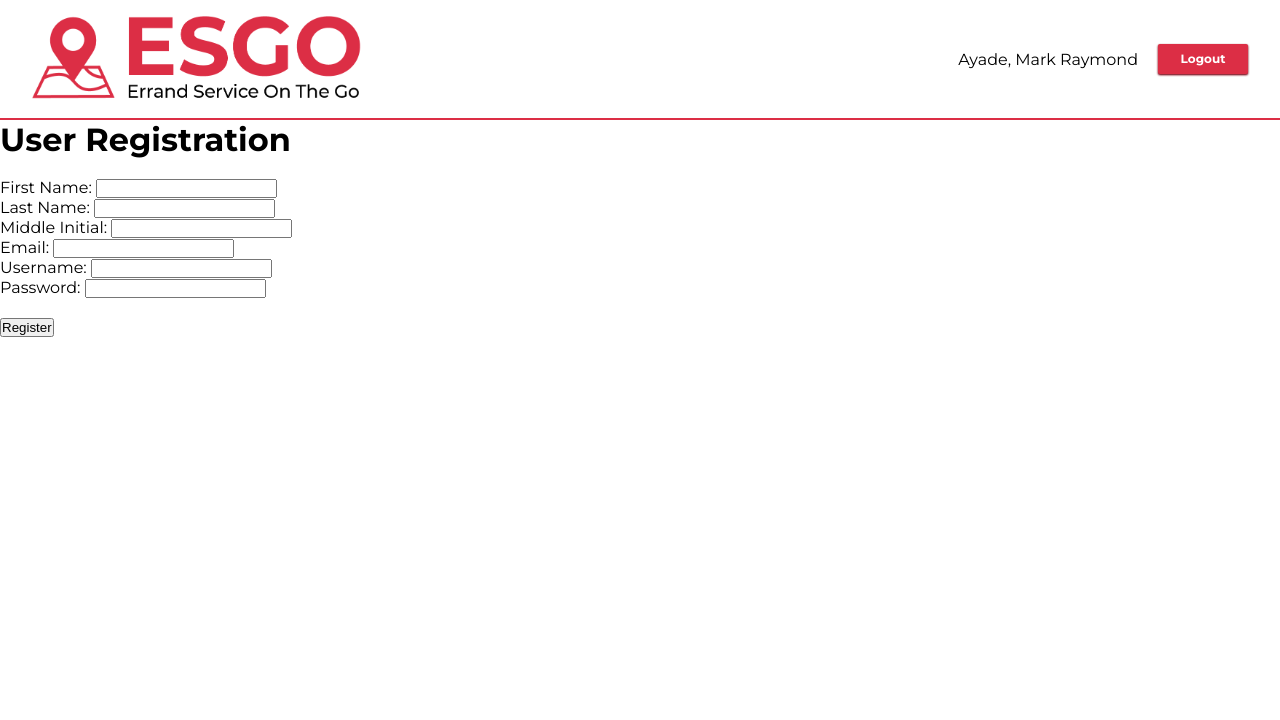
Repository: azkalonz/Int-Prog-2
Page: http://localhost/Int_Prog_2/register?page=register
The author's editor kept a copy of each file at every save. The page is drawn from the files as they stood at one save, then again after the next save.
The browser window is 1280 px wide. The pictures show the whole page.
The page is served by Tomcat 9. Other server files are loaded and not shown.

Above is the page before, as saved 2021-03-30 05:41:15.

### Int Prog 2/WebContent/WEB-INF/views/register.jsp
<jsp:include page="/WEB-INF/layout/header.jsp" />
  <div class="formCon">
     <form action="<%= request.getContextPath() %>/register" method="post">
         <h1>User Registration</h1>
         <br>
         <div class="inputCon">
             <span>First Name: </span>
             <input type="text" name="firstname" required>
         </div>
         <div class="inputCon">
             <span>Last Name:</span>
             <input type="text" name="lastname" required>
         </div>
         <div class="inputCon">
             <span>Middle Initial: </span>
             <input type="text" name="mi" required>
         </div>
         <div class="inputCon">
             <span>Email: </span>
             <input type="email" name="email" required>
         </div>
         <div class="inputCon">
             <span>Username: </span>
             <input type="text" name="username" required>
         </div>
         <div class="inputCon">
             <span>Password: </span>
             <input type="password" name="password" required>
         </div>
         <br>
         <button>Register</button>
     </form>
 </div>
<jsp:include page="/WEB-INF/layout/footer.jsp" />

### Int Prog 2/WebContent/WEB-INF/layout/header.jsp
<%@ page language="java" contentType="text/html; charset=ISO-8859-1"
	pageEncoding="ISO-8859-1"%>
<!DOCTYPE html>
<html>
<head>
<meta charset="ISO-8859-1">
<title>Employee</title>
<link rel="stylesheet" href="<%=request.getContextPath()%>/css/style.css"/>
</head>
<body>
	<header>
	        <div class="container">
	            <div class="logo-con">
	                <img src="<%=request.getContextPath()%>/assets/logo/horizontal.png">
	            </div>
	            <div class="account-con">
	                <span>Ayade, Mark Raymond</span>
	                <a href="./login.html">
	                    <div class="button">Logout</div>
	                </a>
	            </div>
	        </div>
	    </header>

### Int Prog 2/src/com/intprog/controller/RegisterServlet.java
package com.intprog.controller;

import java.io.IOException;
import javax.servlet.ServletException;
import javax.servlet.annotation.WebServlet;
import javax.servlet.http.HttpServlet;
import javax.servlet.http.HttpServletRequest;
import javax.servlet.http.HttpServletResponse;

import com.intprog.dao.EmployeeDAO;
import com.intprog.model.Employee;
import com.sun.corba.se.impl.orbutil.ObjectWriter;


@WebServlet("/register")
public class RegisterServlet extends HttpServlet {
	private static final long serialVersionUID = 1L;
    private EmployeeDAO employeeDao = new EmployeeDAO();
    /**
     * @see HttpServlet#HttpServlet()
     */
    public RegisterServlet() {
        super();
        // TODO Auto-generated constructor stub
    }

	/**
	 * @see HttpServlet#doGet(HttpServletRequest request, HttpServletResponse response)
	 */
	protected void doGet(HttpServletRequest request, HttpServletResponse response) throws ServletException, IOException {
		// TODO Auto-generated method stub
		getServletContext().getRequestDispatcher("/WEB-INF/views/register.jsp").forward(request, response);
	}

	/**
	 * @see HttpServlet#doPost(HttpServletRequest request, HttpServletResponse response)
	 */
	protected void doPost(HttpServletRequest request, HttpServletResponse response) throws ServletException, IOException {
		String firstName = request.getParameter("firstname");
        String lastName = request.getParameter("lastname");
        String username = request.getParameter("username");
        String password = request.getParameter("password");
        String email = request.getParameter("email");
        String mi = request.getParameter("mi");

        Employee employee = new Employee();
        employee.setFirstname(firstName);
        employee.setLastname(lastName);
        employee.setUsername(username);
        employee.setPassword(password);
        employee.setEmail(email);
        employee.setMi(mi);

        try {

            Employee theEmployee = employeeDao.registerEmployee(employee);
            response.sendRedirect(request.getContextPath()+"/employee?id="+theEmployee.employeeID);

        } catch (Exception e) {
            // TODO Auto-generated catch block
            e.printStackTrace();
        }
	}

}

### Int Prog 2/WebContent/css/style.css
@import url("https://fonts.googleapis.com/css2?family=Montserrat:ital,wght@0,100;0,200;0,300;0,400;0,500;0,600;0,700;1,100;1,200;1,300;1,400;1,500;1,600&display=swap");

* {
  margin: 0;
  padding: 0;
  box-sizing: border-box;
}

a:link {
	text-decoration: none;
	color: #000;
}

body {
  font-family: "Montserrat";
  font-size: 100%;
}

header {
  display: flex;
  justify-content: center;
  width: 100%;
  height: 120px;
  position: relative;
  border-bottom: 2px solid rgb(220, 46, 69);
}

header .container {
  display: flex;
  justify-content: space-between;
  width: 95%;
  max-width: 1300px;
}

header .container .logo-con {
  padding-top: 5px;
}

header .container .logo-con img {
  height: 100px;
}

header .container .account-con {
  display: flex;
  align-items: center;
}

header .account-con .button {
  width: 90px;
  height: 30px;
  margin-left: 20px;
  border: none;
  background: rgb(220, 46, 69);
  box-shadow: 0 1px 2px 0 rgba(122, 7, 22, 0.783),
    0 1px 2px 0 rgba(122, 7, 22, 0.783);
  cursor: pointer;
  color: white;
  font-family: "Montserrat";
  font-weight: bold;
  font-size: 12px;
  border-radius: 2px;
  line-height: 30px;
  text-align: center;
}

header .account-con .button:hover {
  background: rgb(187, 32, 53);
}

.login-container {
  background: rgb(220, 46, 69);
  display: flex;
  align-items: center;
  justify-content: center;
  height: 100vh;
  font-family: "Montserrat";
  color: rgb(22, 22, 22);
}

.login-container > .container {
  position: relative;
  background: white;
  width: 85%;
  max-width: 1024px;
  border-radius: 10px;
  display: flex;
  box-shadow: 0 2px 4px 0 rgb(80, 12, 21), 0 6px 10px 0 rgb(80, 12, 21);
  padding: 60px 5px;
}

.login-container > .container .logo-container {
  display: flex;
  justify-content: center;
  align-items: center;
  flex-direction: column;
  flex: 3;
}

.logo-container img {
  width: 200px;
  padding-bottom: 35px;
}

.logo-container span {
  color: rgb(220, 46, 69);
  font-weight: bold;
  font-size: 40px;
}

.container .form-container {
  display: flex;
  justify-content: center;
  align-items: center;
  height: 100%;
  flex: 2;
}

.form-container h1 {
  margin-bottom: 20px;
}

.form-container .input-con {
  margin-bottom: 20px;
}

.form-container .input-con input {
  height: 45px;
  width: 300px;
  font-family: "Montserrat";
  padding: 5px 10px;
  border-radius: 5px;
  border: 1px solid rgb(233, 129, 143);
}

.form-container button {
  width: 150px;
  height: 50px;
  background: rgb(220, 46, 69);
  border: none;
  color: white;
  font-size: 16px;
  cursor: pointer;
  border-radius: 4px;
  box-shadow: 0 1px 2px 0 rgba(122, 7, 22, 0.783),
    0 1px 2px 0 rgba(122, 7, 22, 0.783);
  margin-top: 10px;
  font-weight: bold;
  font-family: "Montserrat";
}

.form-container button:hover {
  background: rgb(187, 32, 53);
}

main {
  width: 100%;
  display: flex;
  justify-content: center;
  padding-top: 30px;
}

main .container {
  width: 95%;
  max-width: 1300px;
  display: flex;
  justify-content: center;
}

main .container .nav {
  flex: 2;
  margin-right: 10px;
}

main .container .nav .links {
  padding-left: 40px;
  height: 60px;
  line-height: 60px;
  font-weight: bold;
  border: 1px solid white;
}

.active {
  background: rgb(220, 46, 69);
  color: white;
}

main .container .nav .links:hover {
  background: rgb(220, 46, 69);
  color: white;
  transition: 0.4s;
}

main .container .content {
  flex: 8;
  display: flex;
  justify-content: center;
}

main .container .content .infos {
  display: flex;
  flex-direction: column;
  padding-bottom: 15px;
}

main .container .content .infos span {
  padding-bottom: 5px;
  font-weight: bold;
}

main .container .content .infos input {
  width: 600px;
  height: 40px;
  border-radius: 2px;
  border: 1px solid rgb(233, 129, 143);
  padding: 0 10px;
}

main .container .content .button {
  width: 400px;
  height: 70px;
  background: rgb(220, 46, 69);
  border: none;
  margin-top: 30px;
  color: white;
  font-weight: bold;
  font-size: 15px;
  cursor: pointer;
  border-radius: 3px;
}

main .container .content .button:hover {
  background: rgb(187, 32, 53);
}

main .container .content .infos {
  display: flex;
  flex-direction: column;
  padding-bottom: 15px;
}

main .container .content .infos span {
  padding-bottom: 5px;
  font-weight: bold;
}

main .container .content .infos input {
  width: 600px;
  height: 40px;
  border-radius: 2px;
  border: 1px solid rgb(233, 129, 143);
  padding: 0 10px;
}

main .container .content .button {
  width: 400px;
  height: 70px;
  background: rgb(220, 46, 69);
  border: none;
  margin-top: 30px;
  color: white;
  font-weight: bold;
  font-size: 15px;
  cursor: pointer;
  border-radius: 3px;
}

main .container .content .button:hover {
  background: rgb(187, 32, 53);
}

main .container .content {
  max-height: 800px;
  overflow-y: scroll;
}

main .container .content table {
  width: 100%;
  margin: 0 15px;
  text-align: center;
  border-spacing: 0;
}

main .container .content table thead {
  background: rgb(220, 46, 69);
}

main .container .content table thead th {
  height: 60px;
  column-gap: 0;
  color: white;
}

main .container .content table tbody tr {
  height: 50px;
  background: rgba(247, 244, 244, 0.375);
}

main .container .content table tbody tr td:last-child {
  display: flex;
  justify-content: center;
  padding: 10px 0;
}

main .container .content table tbody .button-action {
  width: 80px;
  height: 30px;
  text-align: center;
  line-height: 30px;
  margin: 0 5px;
  font-size: 12px;
  color: white;
  border-radius: 3px;
  cursor: pointer;
}

.orange {
  background: coral;
  box-shadow: 0px 0px 2px -1px rgba(230, 63, 2, 0.443);
}

.red {
  background: crimson;
  box-shadow: 0px 0px 2px -1px rgba(199, 2, 41, 0.653);
}

.orange:hover {
  background: rgb(248, 95, 39);
}

.red:hover {
  background: rgb(194, 4, 42);
}

Loaded but not shown: Int Prog 2/WebContent/WEB-INF/layout/footer.jsp (common file)

After the next save:
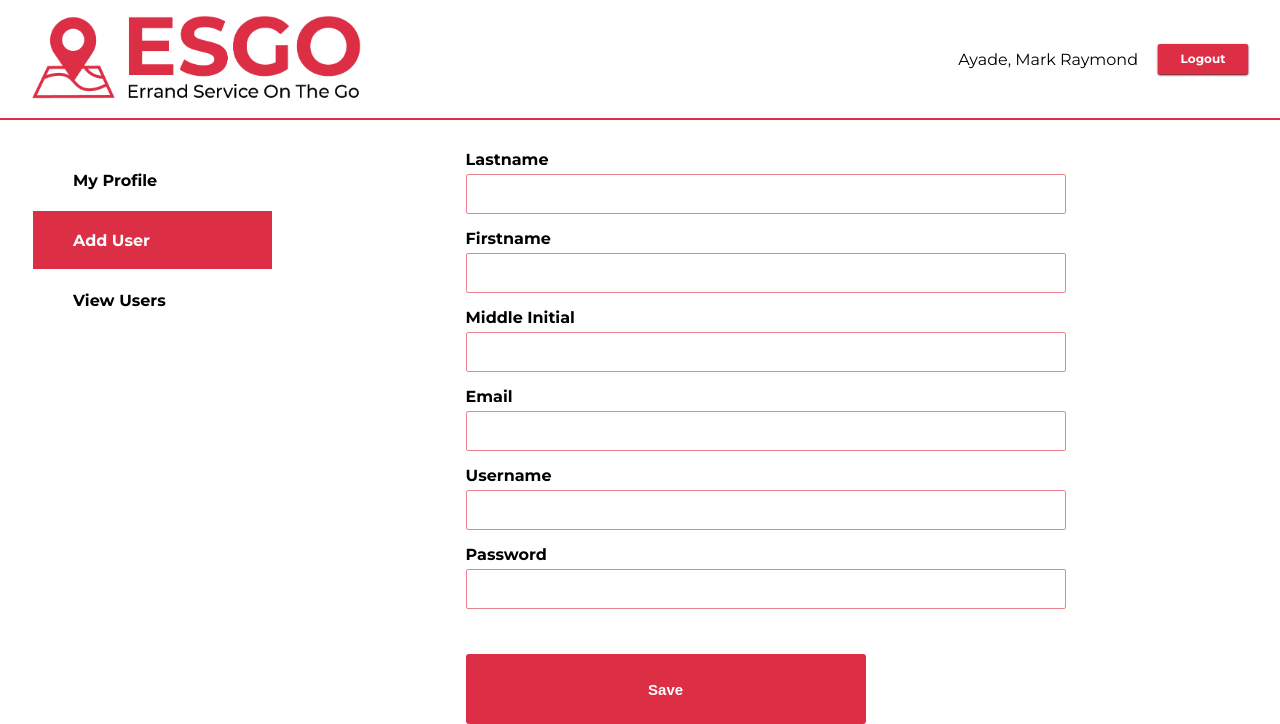
Saved 37 s later.
--- a/Int Prog 2/WebContent/WEB-INF/views/register.jsp
+++ b/Int Prog 2/WebContent/WEB-INF/views/register.jsp
@@ -1,34 +1,47 @@
 <jsp:include page="/WEB-INF/layout/header.jsp" />
-  <div class="formCon">
-     <form action="<%= request.getContextPath() %>/register" method="post">
-         <h1>User Registration</h1>
-         <br>
-         <div class="inputCon">
-             <span>First Name: </span>
-             <input type="text" name="firstname" required>
-         </div>
-         <div class="inputCon">
-             <span>Last Name:</span>
-             <input type="text" name="lastname" required>
-         </div>
-         <div class="inputCon">
-             <span>Middle Initial: </span>
-             <input type="text" name="mi" required>
-         </div>
-         <div class="inputCon">
-             <span>Email: </span>
-             <input type="email" name="email" required>
-         </div>
-         <div class="inputCon">
-             <span>Username: </span>
-             <input type="text" name="username" required>
-         </div>
-         <div class="inputCon">
-             <span>Password: </span>
-             <input type="password" name="password" required>
-         </div>
-         <br>
-         <button>Register</button>
-     </form>
- </div>
+  <main>
+        <div class="container">
+            <div class="nav">
+                <a href="./home.html">
+                    <div class="links">My Profile</div>
+                </a>
+                <a href="./user.html">
+                    <div class="links active">Add User</div>
+                </a>
+                <a href="./users.html">
+                    <div class="links">View Users</div>
+                </a>
+            </div>
+
+            <div class="content">
+                <form>
+                    <div class="infos">
+                        <span>Lastname</span>
+                        <input type="text">
+                    </div>
+                    <div class="infos">
+                        <span>Firstname</span>
+                        <input type="text">
+                    </div>
+                    <div class="infos">
+                        <span>Middle Initial</span>
+                        <input type="text">
+                    </div>
+                    <div class="infos">
+                        <span>Email</span>
+                        <input type="text">
+                    </div>
+                    <div class="infos">
+                        <span>Username</span>
+                        <input type="text">
+                    </div>
+                    <div class="infos">
+                        <span>Password</span>
+                        <input type="text">
+                    </div>
+                    <input class="button" type="submit" value="Save">
+                </form>
+            </div>
+        </div>
+    </main>
 <jsp:include page="/WEB-INF/layout/footer.jsp" />
